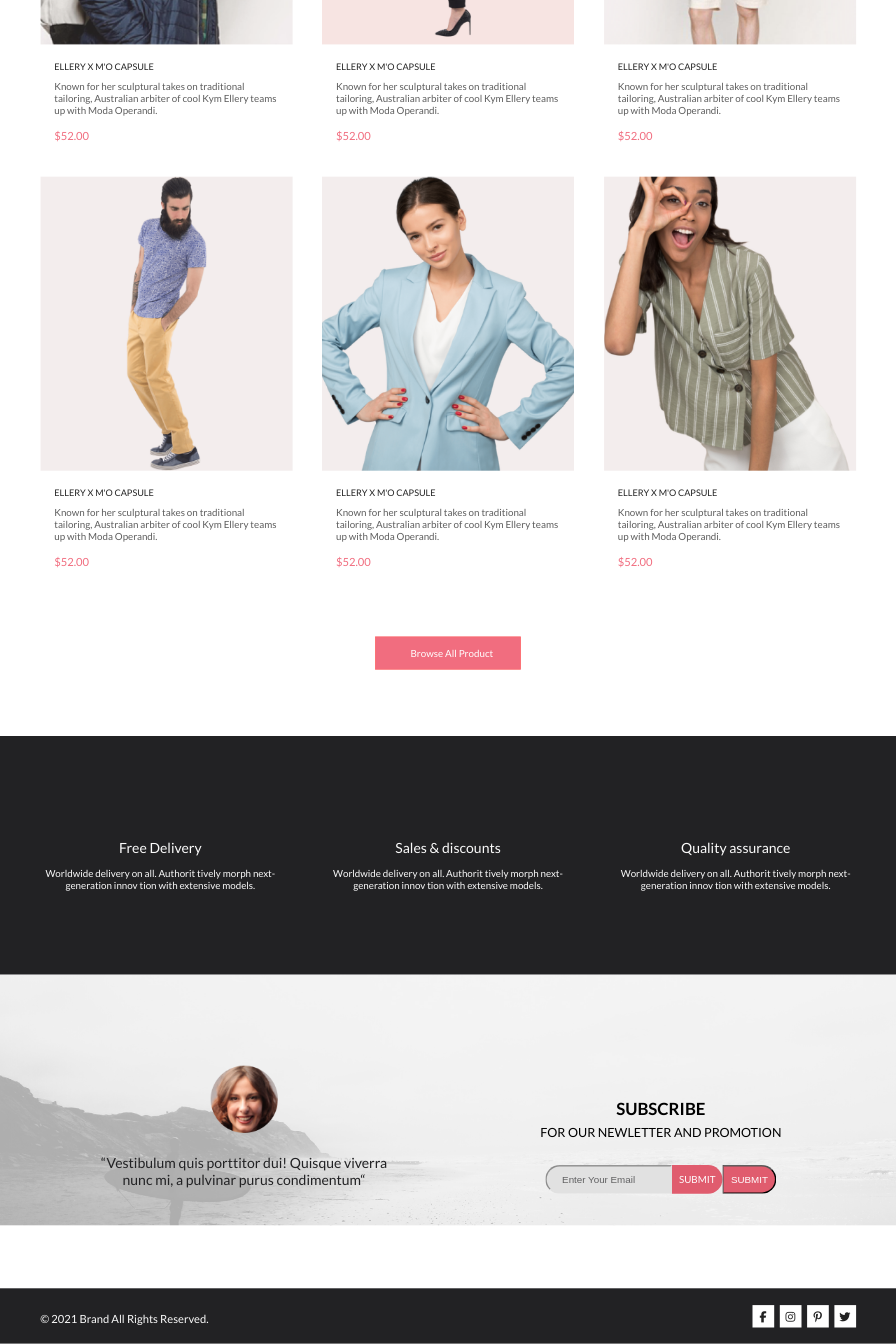
Repository: shtepaa/work-show-linkid
Page: les01/index.html
The author's editor kept a copy of each file at every save. The page is drawn from the files as they stood at one save, then again after the next save.
The browser window is 1280 px wide. The pictures show the part of the page from y = 1908 to 3828 px (the page is 3828 px tall), at 70% of full size.
Some web libraries are served in a nearby version. The style sheet was rebuilt from its Sass, Less or Tailwind sources for each picture, by a compiler version that may differ from the author's.

Above is the page before, as saved 2022-02-26 11:19:19.

### les01/index.html
<!DOCTYPE html>
<html lang="en">
  <head>
    <meta charset="UTF-8" />
    <meta http-equiv="X-UA-Compatible" content="IE=edge" />
    <meta name="viewport" content="width=device-width, initial-scale=1.0" />
    <script
      src="https://kit.fontawesome.com/39fc11746d.js"
      crossorigin="anonymous"
    ></script>
    <title>Brand</title>
    <link rel="shortcut icon" href="img/favicon.ico" type="image/x-icon" />

    <link rel="stylesheet" href="../index.css" />
    <link rel="preconnect" href="https://fonts.googleapis.com" />
    <link rel="preconnect" href="https://fonts.gstatic.com" crossorigin />
    <link
      href="https://fonts.googleapis.com/css2?family=Lato:wght@700;400;900&display=swap"
      rel="stylesheet"
    />
  </head>
  <body>
    <header>
      <div class="container">
        <nav>
          <div class="flex-left">
            <img src="img/logo.svg" alt="logo" />
            <form class="searchBox">
              <input
                class="searchInput"
                type="text"
                name="search"
                placeholder="Search"
              />
              <button class="searchButton">
                <i class="fa fa-search" aria-hidden="true"></i>
              </button>
            </form>
          </div>
          <div class="flex-right">
            <div class="mega-box">
              <div class="contact-img">
                <a href="#"> <i class="fa fa-bars" aria-hidden="true"></i></a>
              </div>
              <div class="mega-item">
                <div class="menu-box">
                  <h3 class="menu-box--style">
                    Menu <i class="fa fa-times" aria-hidden="true"></i>
                  </h3>
                </div>
                <details>
                  <summary>Man</summary>
                  <a class="mega-link" href="#">Accessories</a>
                  <a class="mega-link" href="#">Bags</a>
                  <a class="mega-link" href="#">Denim</a>
                  <a class="mega-link" href="#">T-Shirts</a>
                </details>
                <details>
                  <summary>WOMAN</summary>
                  <a class="mega-link" href="#">Accessories</a>
                  <a class="mega-link" href="#">Jackets & Coats</a>
                  <a class="mega-link" href="#">Polos</a>
                  <a class="mega-link" href="#">T-Shirts</a>
                </details>
                <details>
                  <summary>KIDS</summary>
                  <a class="mega-link" href="#">Accessories</a>
                  <a class="mega-link" href="#">Bags</a>
                  <a class="mega-link" href="#">Denim</a>
                  <a class="mega-link" href="#">T-Shirts</a>
                </details>
              </div>
            </div>
            <div class="contact-img">
              <a href="#"> <i class="fa fa-regular fa-user"></i> </a>
            </div>
            <div class="contact-img">
              <a href="#"> <i class="fa fal fa-shopping-cart"></i> </a>
            </div>
          </div>
        </nav>
      </div>
    </header>
    <!-- Второй блок -->
    <div class="header-section">

      <div class="header-cover">
        <div class="header-image">
          <img class="header-man" src="img/man-new.png" alt="man" />
        </div>
        <div class="header-title">
          <div class="pink-line">
            <div class="header-column">
              <h1 class="header-brand">The brand</h1>
              <h2 class="text-brand">
                of luxerious <span class="pink-word"> fashion</span>
              </h2>
            </div>
          </div>
        </div>
      </div>

    </div>

    <!-- Третий блок -->
    <div class="container">
      <section class="catalog-box">
        <div class="catalog-block">
          <div class="catalog-project">
            <a class="link-cataloge" href="catalog.html">
              <img
                class="catalog-image"
                src="img/catalog01.png"
                alt="catalog01"
              />
            </a>
            <div class="card-box">
              <a class="card-link" href="#">
                <div class="box-centre">
                  <h2 class="catalog__text">30% off</h2>
                  <span class="pink-word catalog-words"> for women</span>
                </div>
              </a>
            </div>
          </div>
          <div class="catalog-project">
            <a class="link-cataloge" href="catalog.html">
              <img
                class="catalog-image"
                src="img/catalog02.png"
                alt="catalog01"
            /></a>
            <div class="card-box">
              <a class="card-link" href="#">
                <div class="box-centre">
                  <h2 class="catalog__text">hot deal</h2>
                  <span class="pink-word catalog-words"> for man</span>
                </div>
              </a>
            </div>
          </div>
          <div class="catalog-project">
            <a class="link-cataloge" href="catalog.html">
              <img
                class="catalog-image"
                src="img/catalog03.png"
                alt="catalog01"
              />
            </a>
            <div class="card-box">
              <a class="card-link" href="#">
                <div class="box-centre">
                  <h2 class="catalog__text">new arrivals</h2>
                  <span class="pink-word catalog-words"> for kids</span>
                </div>
              </a>
            </div>
          </div>
        </div>
        <div class="catalog-project catalog-parent">
          <a class="link-cataloge" href="catalog.html">
            <img
              class="catalog-image"
              src="img/catalog04.png"
              alt="catalog01"
            />
          </a>
          <div class="card-box box-parent">
            <a class="card-link" href="#">
              <div class="box-centre">
                <h2 class="catalog__text">luxirous & trendy</h2>
                <span class="pink-word catalog-words"> accesories</span>
              </div>
            </a>
          </div>
        </div>
      </section>
    </div>
    <!-- Четвертый блок -->
    <section class="item-sec">
      <div class="container">
        <div class="item-texts">
          <h3 class="block-text--heading">Fetured Items</h3>
          <p class="block-text--section-text">
            Shop for items based on what we featured in this week
          </p>
        </div>
        <div class="item-box">
          <div class="item">
            <a class="item-link" href="product.html">
              <img class="item-pic" src="img/feat01.png" alt="product" />
              <div class="text-box">
                <p class="text-desc">ELLERY X M'O CAPSULE</p>
                <p class="text-midle">
                  Known for her sculptural takes on traditional tailoring,
                  Australian arbiter of cool Kym Ellery teams up with Moda
                  Operandi.
                </p>
                <p class="text-price">$52.00</p>
              </div>
            </a>
            <div class="cart-box">
              <a class="card-links" href="#">
                <img src="img/02shop.svg" alt="cart" />
                <p class="add-text">Add to Cart</p>
              </a>
            </div>
          </div>
          <div class="item">
            <a class="item-link" href="product.html">
              <img class="item-pic" src="img/feat02.png" alt="product" />
              <div class="text-box">
                <p class="text-desc">ELLERY X M'O CAPSULE</p>
                <p class="text-midle">
                  Known for her sculptural takes on traditional tailoring,
                  Australian arbiter of cool Kym Ellery teams up with Moda
                  Operandi.
                </p>
                <p class="text-price">$52.00</p>
              </div>
            </a>
            <div class="cart-box">
              <a class="card-links" href="#">
                <img src="img/02shop.svg" alt="cart" />
                <p class="add-text">Add to Cart</p>
              </a>
            </div>
          </div>
          <div class="item">
            <a class="item-link" href="product.html">
              <img class="item-pic" src="img/feat03.png" alt="product" />
              <div class="text-box">
                <p class="text-desc">ELLERY X M'O CAPSULE</p>
                <p class="text-midle">
                  Known for her sculptural takes on traditional tailoring,
                  Australian arbiter of cool Kym Ellery teams up with Moda
                  Operandi.
                </p>
                <p class="text-price">$52.00</p>
              </div>
            </a>
            <div class="cart-box">
              <a class="card-links" href="#">
                <img src="img/02shop.svg" alt="cart" />
                <p class="add-text">Add to Cart</p>
              </a>
            </div>
          </div>
          <div class="item">
            <a class="item-link" href="product.html">
              <img class="item-pic" src="img/feat04.png" alt="product" />
              <div class="text-box">
                <p class="text-desc">ELLERY X M'O CAPSULE</p>
                <p class="text-midle">
                  Known for her sculptural takes on traditional tailoring,
                  Australian arbiter of cool Kym Ellery teams up with Moda
                  Operandi.
                </p>
                <p class="text-price">$52.00</p>
              </div>
            </a>
            <div class="cart-box">
              <a class="card-links" href="#">
                <img src="img/02shop.svg" alt="cart" />
                <p class="add-text">Add to Cart</p>
              </a>
            </div>
          </div>
          <div class="item">
            <a class="item-link" href="product.html">
              <img class="item-pic" src="img/feat05.png" alt="product" />
              <div class="text-box">
                <p class="text-desc">ELLERY X M'O CAPSULE</p>
                <p class="text-midle">
                  Known for her sculptural takes on traditional tailoring,
                  Australian arbiter of cool Kym Ellery teams up with Moda
                  Operandi.
                </p>
                <p class="text-price">$52.00</p>
              </div>
            </a>
            <div class="cart-box">
              <a class="card-links" href="#">
                <img src="img/02shop.svg" alt="cart" />
                <p class="add-text">Add to Cart</p>
              </a>
            </div>
          </div>
          <div class="item">
            <a class="item-link" href="product.html">
              <img class="item-pic" src="img/feat06.png" alt="product" />
              <div class="text-box">
                <p class="text-desc">ELLERY X M'O CAPSULE</p>
                <p class="text-midle">
                  Known for her sculptural takes on traditional tailoring,
                  Australian arbiter of cool Kym Ellery teams up with Moda
                  Operandi.
                </p>
                <p class="text-price">$52.00</p>
              </div>
            </a>
            <div class="cart-box">
              <a class="card-links" href="#">
                <img src="img/02shop.svg" alt="cart" />
                <p class="add-text">Add to Cart</p>
              </a>
            </div>
          </div>
        </div>
      </div>

      <div class="but-box">
        <a class="but-links" href="#">
          <p class="button-text">Browse All Product</p>
        </a>
      </div>
    </section>

    <div class="section-icons">
      <div class="container wrapper-icons">
        <div class="first-icons">
          <img class="car-icons" src="img/car.svg" alt="car"/>
          <h3 class="car-icons--text">Free Delivery</h3>
          <p class="car-icons--context">
            Worldwide delivery on all. Authorit tively morph next-generation
            innov tion with extensive models.
          </p>
        </div>
        <div class="first-icons">
          <img class="car-icons" src="img/discount.svg" alt="discount"/>
          <h3 class="car-icons--text">Sales & discounts</h3>
          <p class="car-icons--context">
            Worldwide delivery on all. Authorit tively morph next-generation
            innov tion with extensive models.
          </p>
        </div>
        <div class="first-icons">
          <img class="car-icons" src="img/corona.svg" alt="corona"/>
          <h3 class="car-icons--text">Quality assurance</h3>
          <p class="car-icons--context">
            Worldwide delivery on all. Authorit tively morph next-generation
            innov tion with extensive models.
          </p>
        </div>
      </div>
    </div>

    <div class="quotes-section">
      <div class="container">
        <div class="wrap-quotes">
          <div class="figure-box">
            <!-- <figure>
              <img class="figure-image" src="img/author.png" alt="author"/>

              <figcaption>
                “Vestibulum quis porttitor dui! Quisque viverra nunc mi, a
                pulvinar purus condimentum“
              </figcaption>
            </figure> -->
            <div class="figure-image ">
              <img src="img/author.png" alt="lady">
            </div>
            <div class="figure-text">
              <p class="figcaption">
                “Vestibulum quis porttitor dui! Quisque viverra nunc mi, a pulvinar purus condimentum“
              </p>
            </div>
          </div>
          <div class="figure-box enter-mail">
            <h1 class="subscribe">SUBSCRIBE</h1>
            <h2 class="promotion">FOR OUR NEWLETTER AND PROMOTION</h2>
            <form class="subscribe-wrapper">
              <input
                type="email"
                name="email"
                class="subscribe-input"
                placeholder="Enter Your Email"
              />
              <div class="submit-btn">SUBMIT</div>
              <button class="submit-btn">SUBMIT</button>
            </form>
          </div>
        </div>
      </div>
    </div>

    <!-- Footer -->
    <footer>
      <div class="container">
        <div class="footer-contant">
          <div class="copy-righ">
            <span class="copy-text">© 2021 Brand All Rights Reserved.</span>
          </div>
          <div class="networks">
            <div class="insta networks-fig">
              <a
                class="link-netw"
                href="https://facebook.com/username"
                target="_blank"
              >
                <i class="fa fa-brands fa-facebook-f"></i>
              </a>
            </div>
            <div class="insta insta-fig">
              <a
                class="link-netw"
                href="https://facebook.com/username"
                target="_blank"
              >
                <i class="fa fa-brands fa-instagram"></i>
              </a>
            </div>
            <div class="insta pint-fig">
              <a
                class="link-netw"
                href="https://facebook.com/username"
                target="_blank"
              >
                <i class="fa fa-brands fa-pinterest-p"></i>
              </a>
            </div>
            <div class="insta twit-fig">
              <a
                class="link-netw"
                href="https://facebook.com/username"
                target="_blank"
              >
                <i class="fa fa-brands fa-twitter"></i>
              </a>
            </div>
          </div>
        </div>
      </div>
    </footer>
  </body>
</html>

### les01/styles/_variables.scss
$c-black:#222;
$c-pink:#f16d7f;
$c-grey:#6f6e6e;
$c-dr-blue:#2f3640;
$c-white:white;
$c-ligth-grey:#9f9f9f;
$c-norm-grey:#5d5d5d;
$c-rosa:#ff6a6a;
$c-light:#fbfbfb;
$c-dark:#222224;
$c-lit-white:#e1e1e1;
$bck-col-black: #222;
$bck-col-dr-white: #f1e4e6;
$bck-col-white: #fff;
$bck-col-dark:#222224;
$bck-col-pink:#e05c6e;
$col-hex:#F8F3F4;
$c-bread:#636363;
$c-border:#EF5B70;
$c-pagin:#EBEBEB;
$slide-c:#F7F7F7;
$slide-back:rgba(42, 42, 42, 0.15);
$bord-colect:#EAEAEA;
$c-gravy:#4D4D4D;
$c-stone:#5E5E5E;

Loaded but not shown: les01/img/car.svg (3 lines, source omitted); les01/styles/index.scss (1026 lines, source omitted)

After the next save:
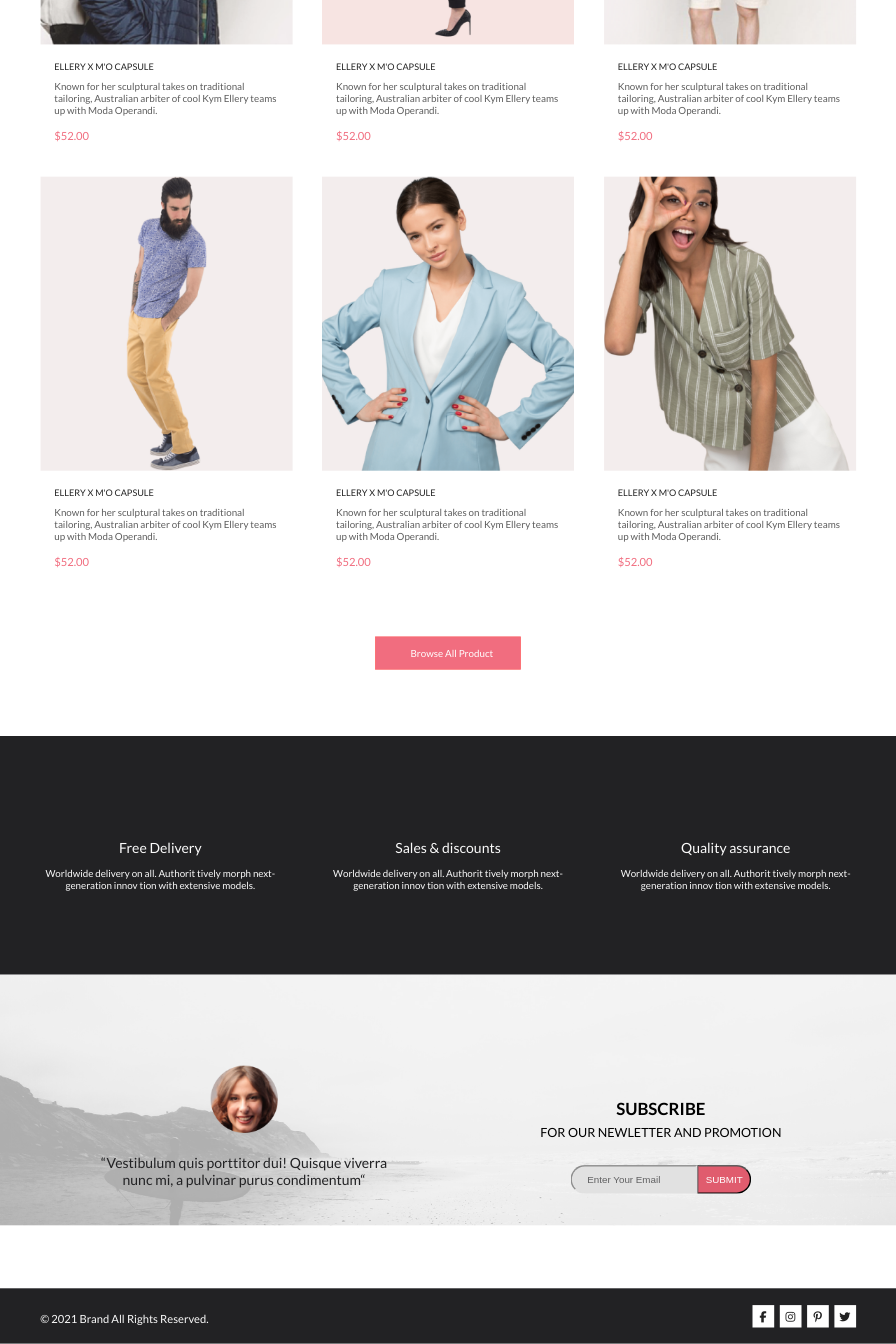
Saved 5 s later.
--- a/les01/index.html
+++ b/les01/index.html
@@ -376,7 +376,7 @@
                 class="subscribe-input"
                 placeholder="Enter Your Email"
               />
-              <div class="submit-btn">SUBMIT</div>
+              <!-- <div class="submit-btn">SUBMIT</div> -->
               <button class="submit-btn">SUBMIT</button>
             </form>
           </div>
